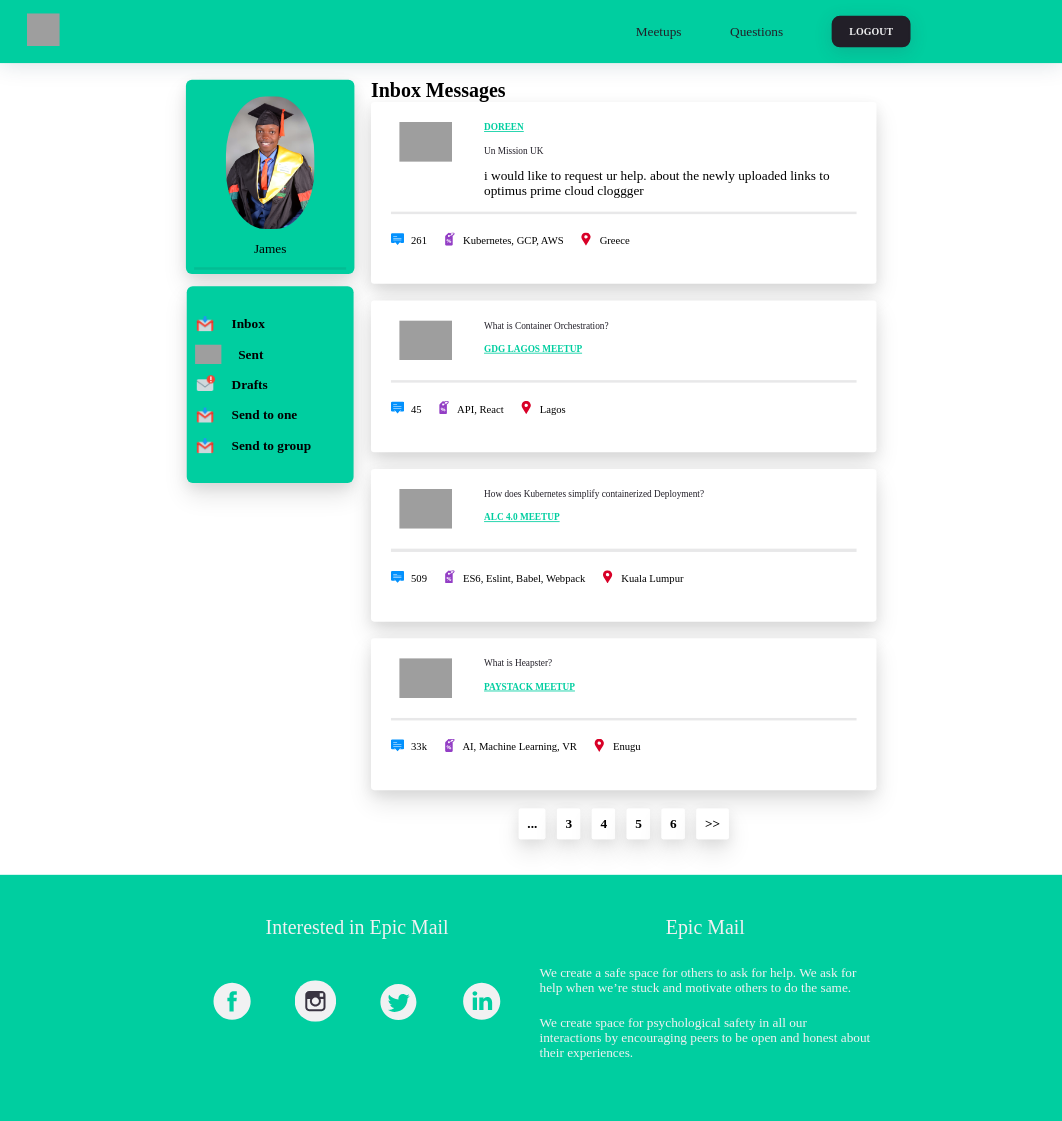
Repository: Gfreedoms/Epic-Mail
Page: pages/profile.html
The author's editor kept a copy of each file at every save. The page is drawn from the files as they stood at one save, then again after the next save.
The browser window is 1280 px wide. The pictures show the whole page, at 83% of full size.
Pictures or frames that could not be fetched are drawn as grey boxes. Some web fonts or font styles are not loaded; a fallback is used.

Above is the page before, as saved 2019-02-26 23:02:28.

After the next save:
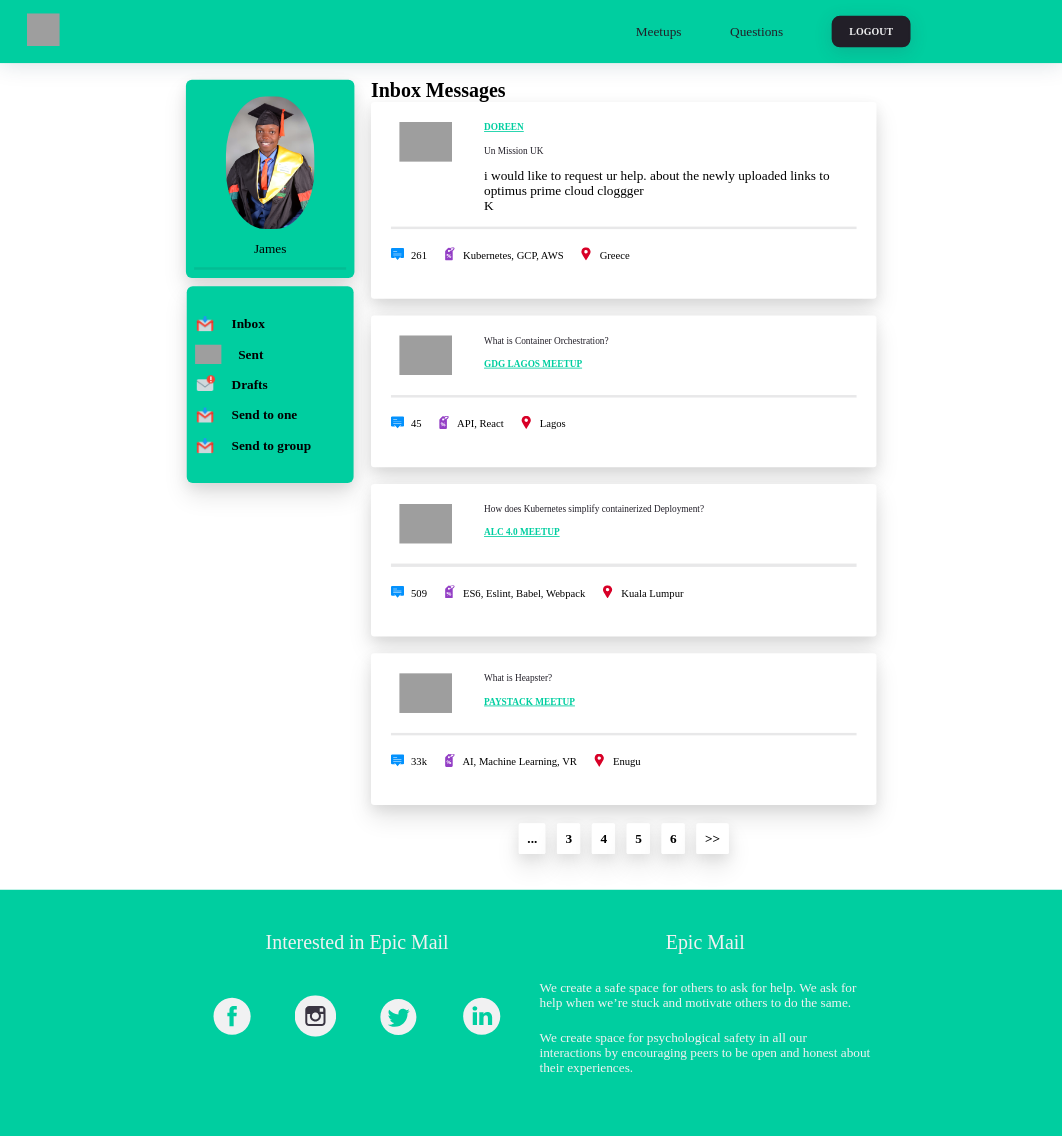
Saved 71 s later.
--- a/pages/profile.html
+++ b/pages/profile.html
@@ -114,11 +114,11 @@
 										<h3 class="sm-text">Doreen</h3>
 									</a>
 								<h3 class="md-text title">Un Mission UK</h3>
-								<p>i would like to request ur help.
+								<h3 class="md-text title"></h3><p>i would like to request ur help.
 									about the newly uploaded links to
 									optimus prime cloud cloggger
 
-								</p>
+								</p>K</h3>
 							</div>
 						</div>
 						<div class="divider"></div>

After the save that followed:
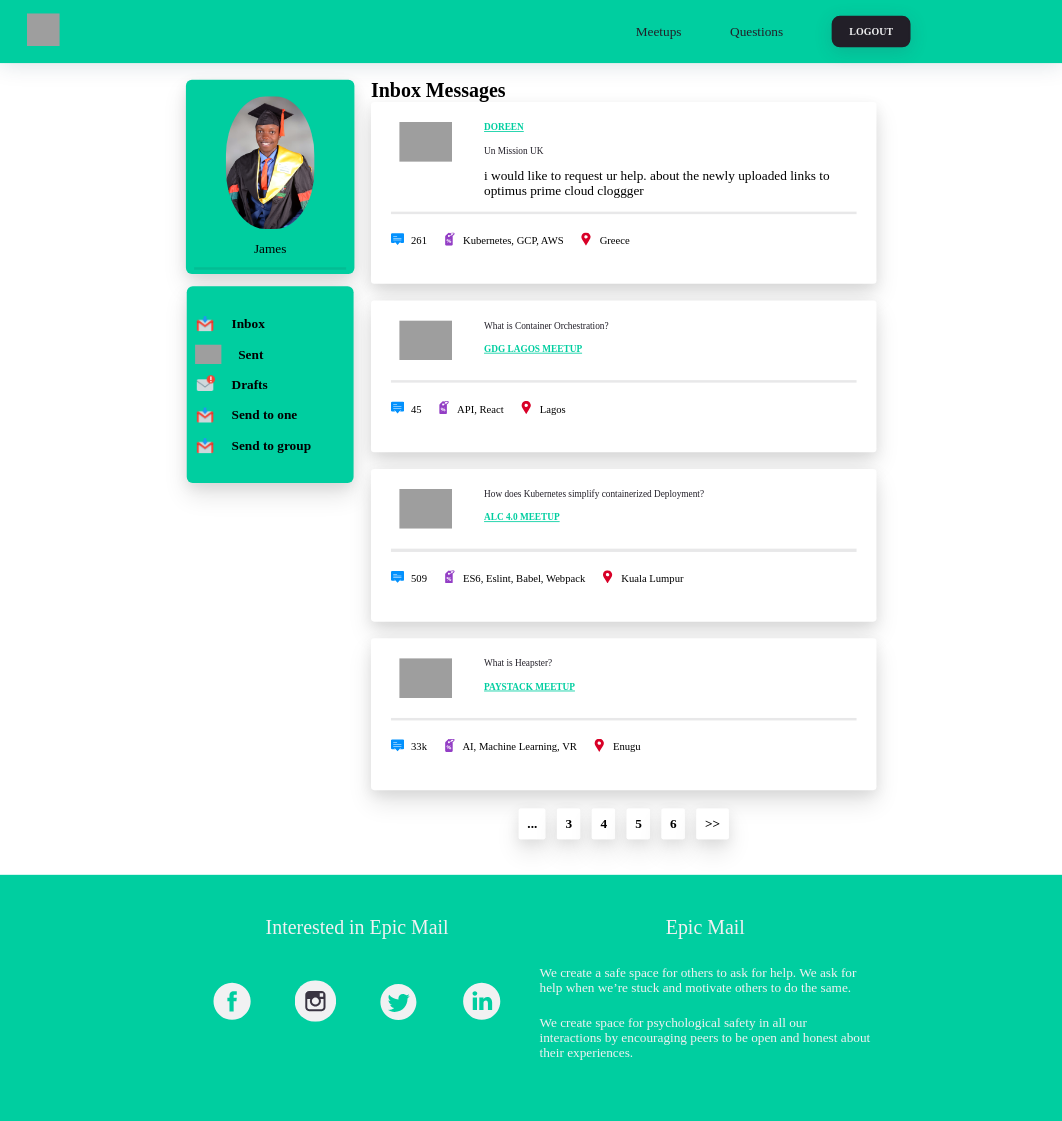
Saved 22 s later.
--- a/pages/profile.html
+++ b/pages/profile.html
@@ -118,7 +118,7 @@
 									about the newly uploaded links to
 									optimus prime cloud cloggger
 
-								</p>K</h3>
+								</p></h3>
 							</div>
 						</div>
 						<div class="divider"></div>
